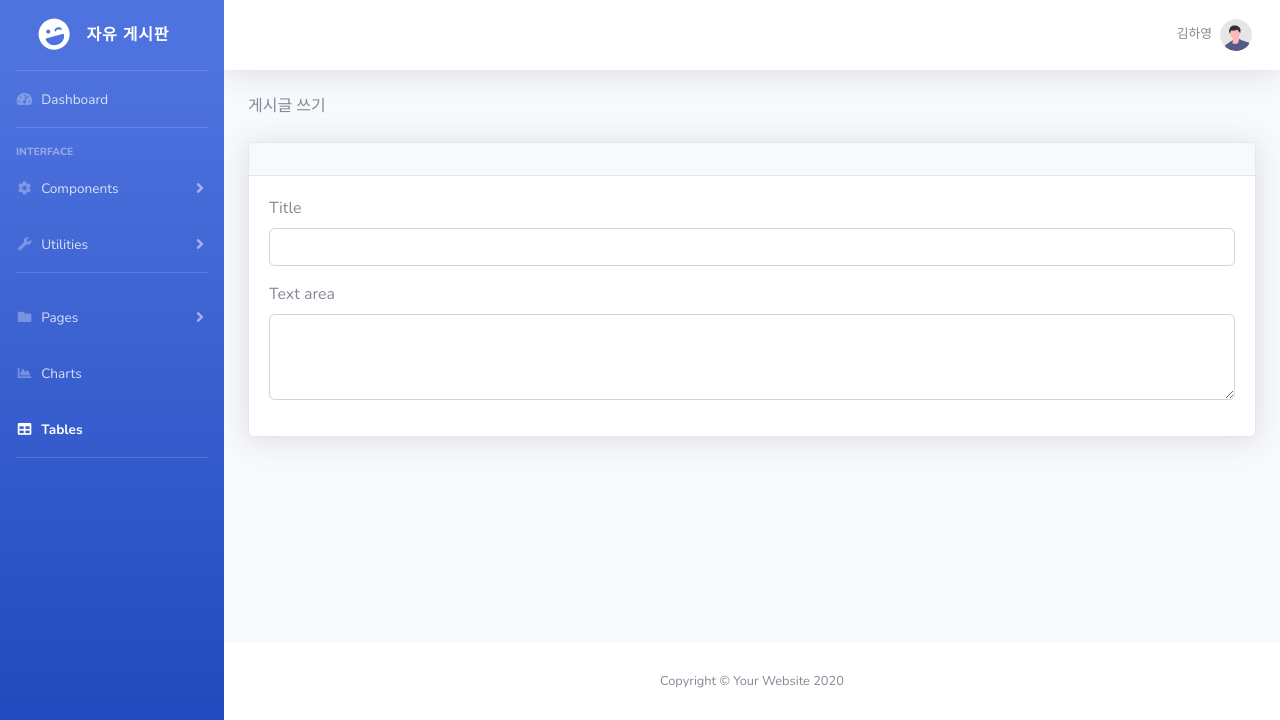
Repository: kimhayoungee/restBoard
Page: http://localhost/board/WEB-INF/views/board/register.jsp
An editor plug-in stored every save of this project. The page is shown before and after the next save, followed by the edit.
The browser window is 1280 px wide. The pictures show the whole page.
The page is served by Tomcat 9. Nobody is signed in. The template is opened directly, without the code that normally fills it, so the values that code supplies are empty.

Above is the page before, as saved 2021-03-03 17:55:43.

After the next save:
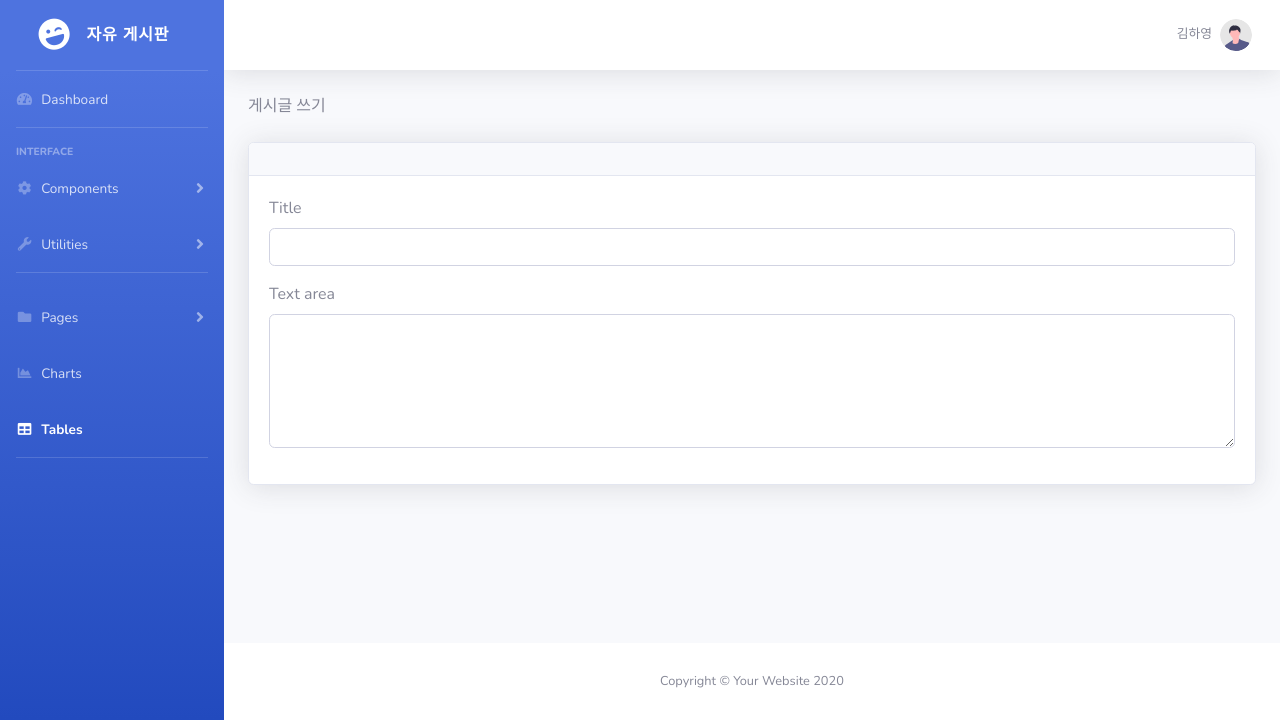
Saved 13 s later.
--- a/board/src/main/webapp/WEB-INF/views/board/register.jsp
+++ b/board/src/main/webapp/WEB-INF/views/board/register.jsp
@@ -191,7 +191,7 @@
                         	</div>
 
                         	<div class="form-group">
-                        		<label>Text area</label> <textarea class="form-control" rows="3" name='bcontent'></textarea>
+                        		<label>Text area</label> <textarea class="form-control" rows="5" name='bcontent'></textarea>
                         	</div>
                         </form>
                         </div>
